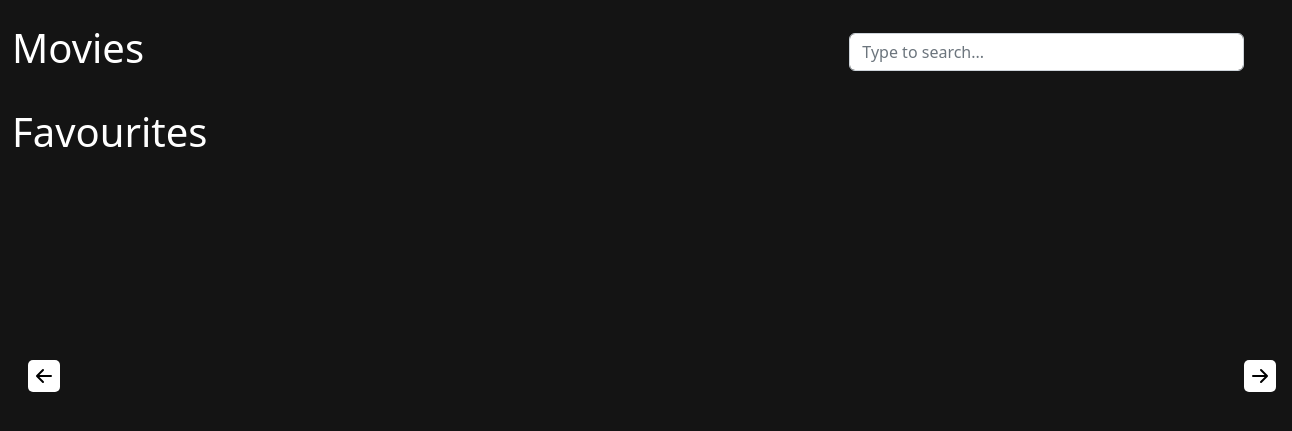
Repository: DeraBola/movie-app
Page: /
These files come from the project's save history. The page is drawn as it stood at one moment and after the next save; the edit follows.
The browser window is 1280 px wide. The page is 1292 px wide, so the pictures cover 1292 px, including what lies to the right of the window. The pictures show the whole page.
The page's requests for data from a server got no answer. The project was rebuilt for these pictures with package versions that can differ from the ones it lists, and the page was loaded fresh each time. No one was signed in, and anything a server would have sent is missing. Also part of the build but not shown: src/components/AddFavourites.js, src/components/RemoveFavourites.js.

Above is the page before, as saved 2022-09-02 11:35:28.

After the next save:
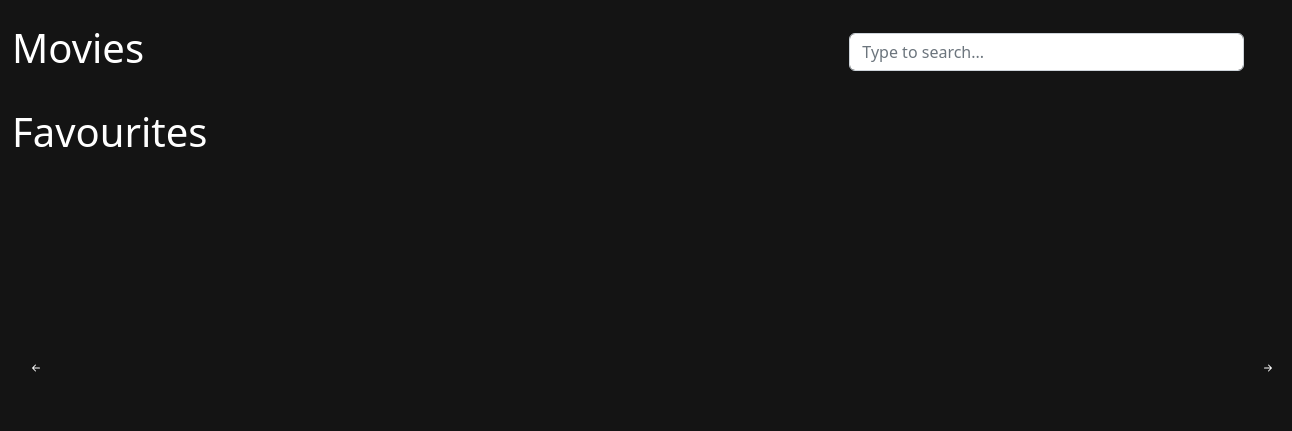
Saved 13 s later.
--- a/src/App.css
+++ b/src/App.css
@@ -95,7 +95,7 @@
      scrollbar-width: none;
  }
 
- .poster__arrow-icon {
+ ::-webkit-scrollbar .poster__arrow-icon {
      color: #000;
      font-size: 2rem;
      cursor: pointer;

After the save that followed:
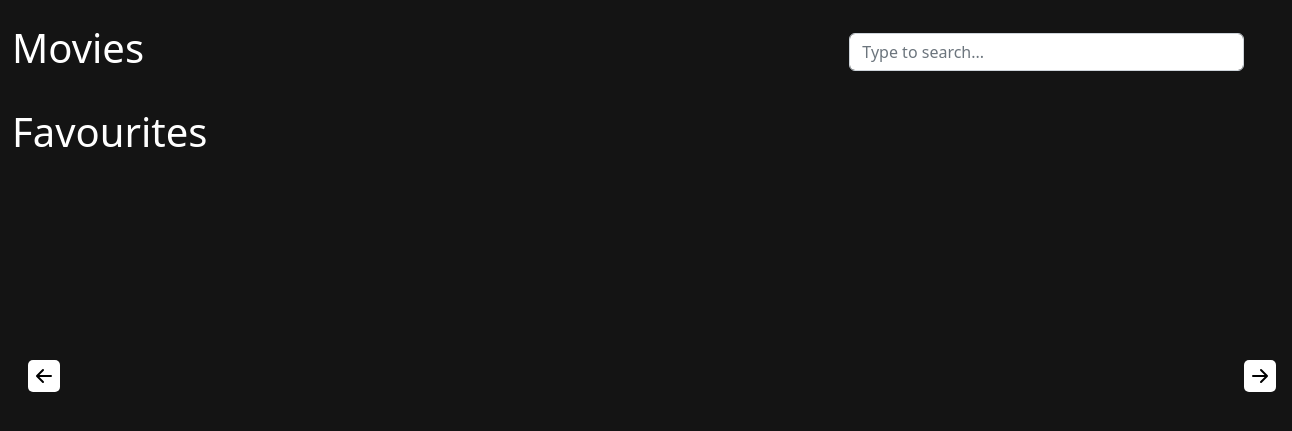
Saved 14 s later.
--- a/src/App.css
+++ b/src/App.css
@@ -95,7 +95,9 @@
      scrollbar-width: none;
  }
 
- ::-webkit-scrollbar .poster__arrow-icon {
+ ::-webkit-scrollbar {}
+
+ .poster__arrow-icon {
      color: #000;
      font-size: 2rem;
      cursor: pointer;
